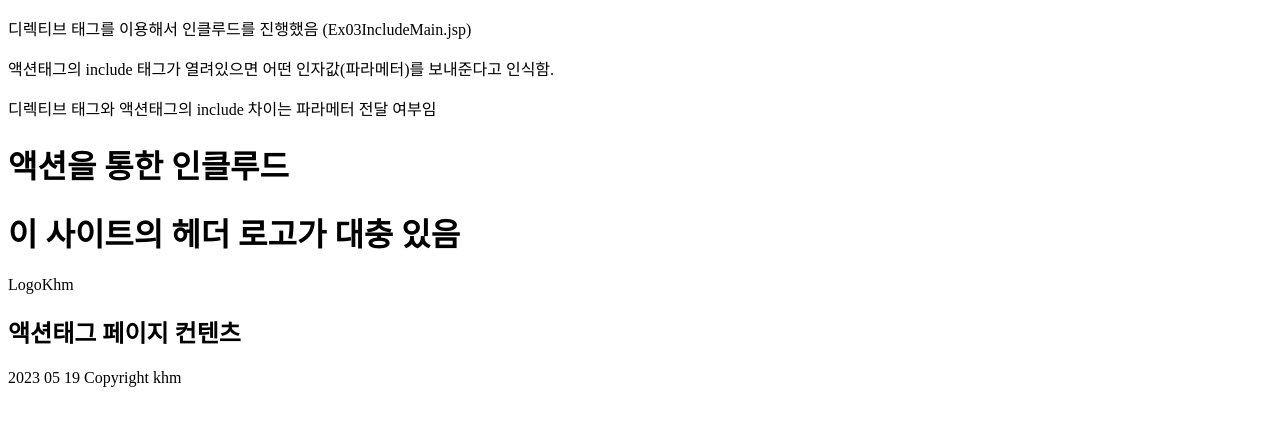
Repository: kvmhyvmvn/Study_JspServlet
Page: http://localhost/03.Tag/03.Action/Ex02IncludeMain.jsp
These files come from the project's save history. The page is drawn as it stood at one moment and after the next save; the edit follows.
The browser window is 1280 px wide. The pictures show the whole page.
The page is served by Tomcat 9.

Above is the page before, as saved 2023-05-19 04:02:22.

### WorkSpace/03.Tag/src/main/webapp/03.Action/Ex02IncludeMain.jsp
<%@ page language="java" contentType="text/html; charset=UTF-8"
    pageEncoding="UTF-8"%>
<!DOCTYPE html>
<html>
<head>
<meta charset="UTF-8">
<title>Insert title here</title>
</head>
<body>
	<p> 디렉티브 태그를 이용해서 인클루드를 진행했음 (Ex03IncludeMain.jsp)</p>
	<p> 액션태그의 include 태그가 열려있으면 어떤 인자값(파라메터)를 보내준다고 인식함.</p>
	<p> 디렉티브 태그와 액션태그의 include 차이는 파라메터 전달 여부임</p>

	<h1>액션을 통한 인클루드</h1>
	<jsp:include page="Ex02Header.jsp">
		<jsp:param value="LogoKhm" name="logoname"/>
	</jsp:include>

	<h2> 액션태그 페이지 컨텐츠 </h2>
	<jsp:include page="Ex02Footer.jsp">
		<jsp:param value="FooterContent" name="footer"/>
	</jsp:include>
</body>
</html>

### WorkSpace/03.Tag/src/main/webapp/03.Action/Ex02Header.jsp
<%@ page language="java" contentType="text/html; charset=UTF-8"
    pageEncoding="UTF-8"%>
<h1> 이 사이트의 헤더 로고가 대충 있음 </h1>
<%=request.getParameter("logoname")%>

### WorkSpace/03.Tag/src/main/webapp/03.Action/Ex02Footer.jsp
<%@ page language="java" contentType="text/html; charset=UTF-8"
    pageEncoding="UTF-8"%>
2023 05 19 Copyright khm

After the next save:
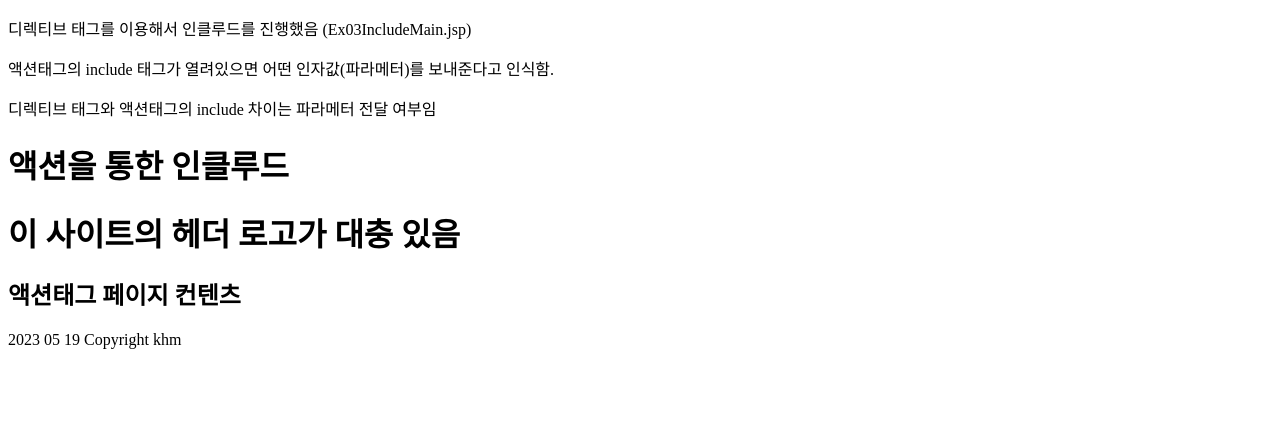
Saved 2 days later.
--- a/WorkSpace/03.Tag/src/main/webapp/03.Action/Ex02Header.jsp
+++ b/WorkSpace/03.Tag/src/main/webapp/03.Action/Ex02Header.jsp
@@ -1,4 +1,5 @@
 <%@ page language="java" contentType="text/html; charset=UTF-8"
     pageEncoding="UTF-8"%>
 <h1> 이 사이트의 헤더 로고가 대충 있음 </h1>
-<%=request.getParameter("logoname")%>
+
+<!-- <%=request.getParameter("logoname")%> -->
